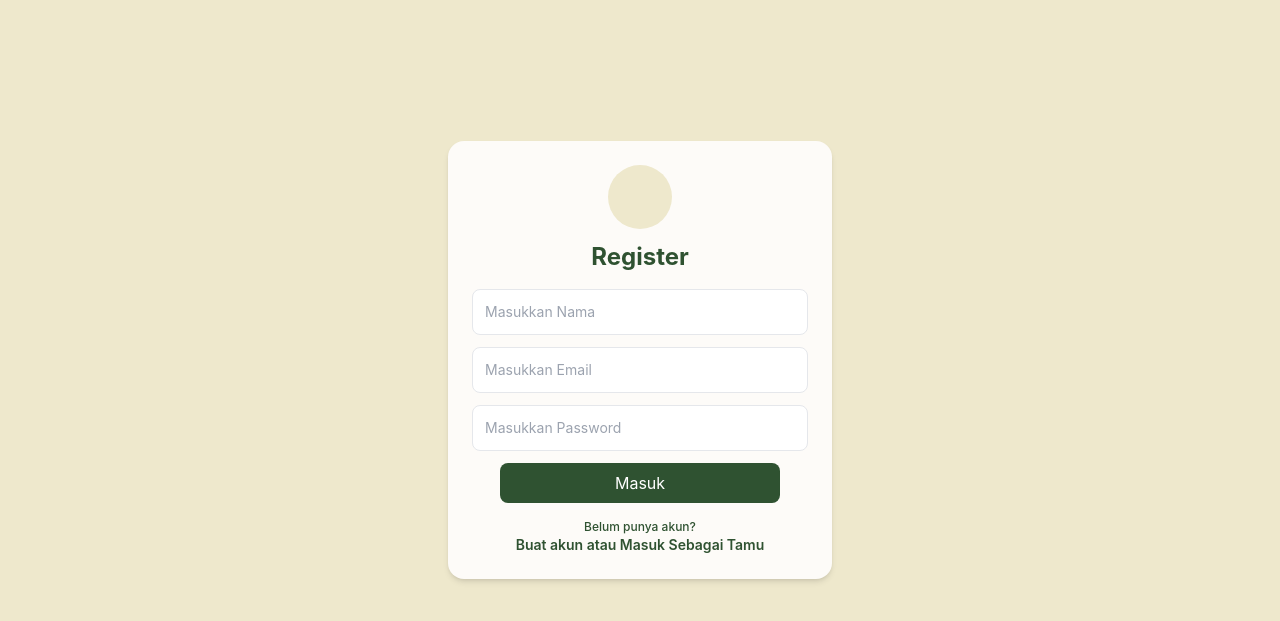
Repository: PajarAland/DiagramCoffee
Page: /register
These files come from the project's save history. The page is drawn as it stood at one moment and after the next save; the edit follows.
The browser window is 1280 px wide. The pictures show the whole page.
The project was rebuilt for these pictures with package versions that can differ from the ones it lists, and the page was loaded fresh each time. Also part of the build but not shown: vite.config.js, src/pages/Landing.jsx, src/pages/Login.jsx.

Above is the page before, as saved 2026-04-25 01:25:54.

After the next save:
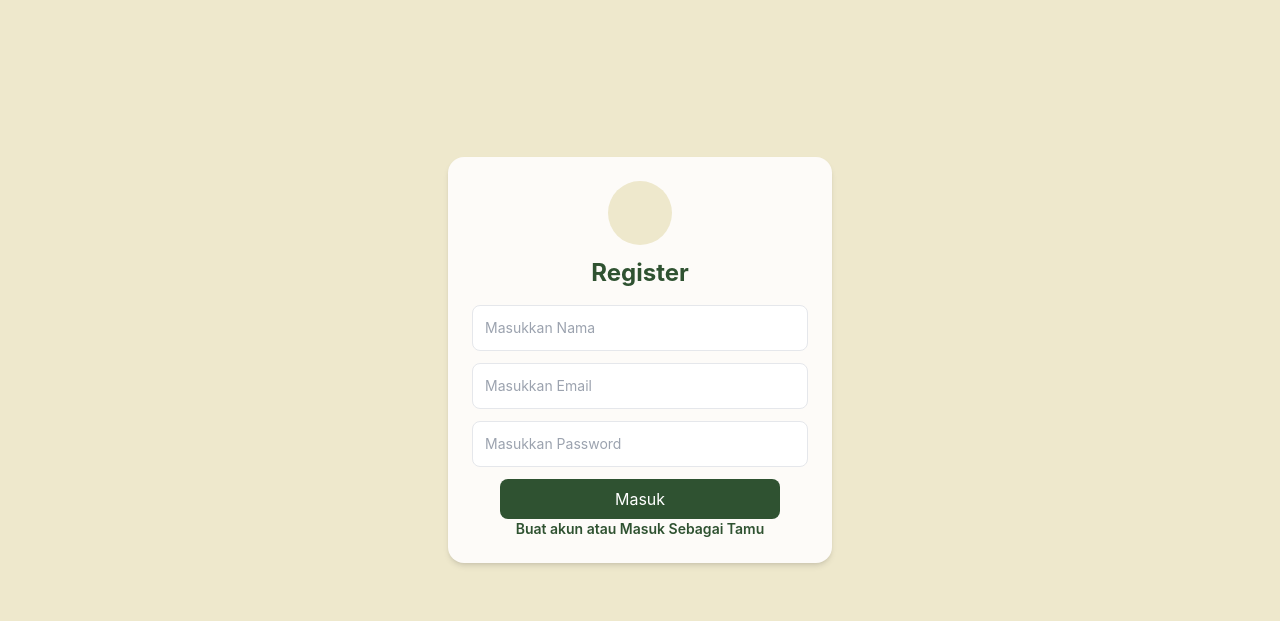
Saved 21 s later.
--- a/src/pages/Register.jsx
+++ b/src/pages/Register.jsx
@@ -57,9 +57,9 @@ function Register() {
             </form>
 
             {/* Footer */}
-            <p className="text-xs text-[#2F5231] font-medium mt-4">
+            {/* <p className="text-xs text-[#2F5231] font-medium mt-4">
             Belum punya akun?
-            </p>
+            </p> */}
 
             <div className="text-sm text-[#2F5231] font-semibold">
             Buat akun atau Masuk Sebagai Tamu
